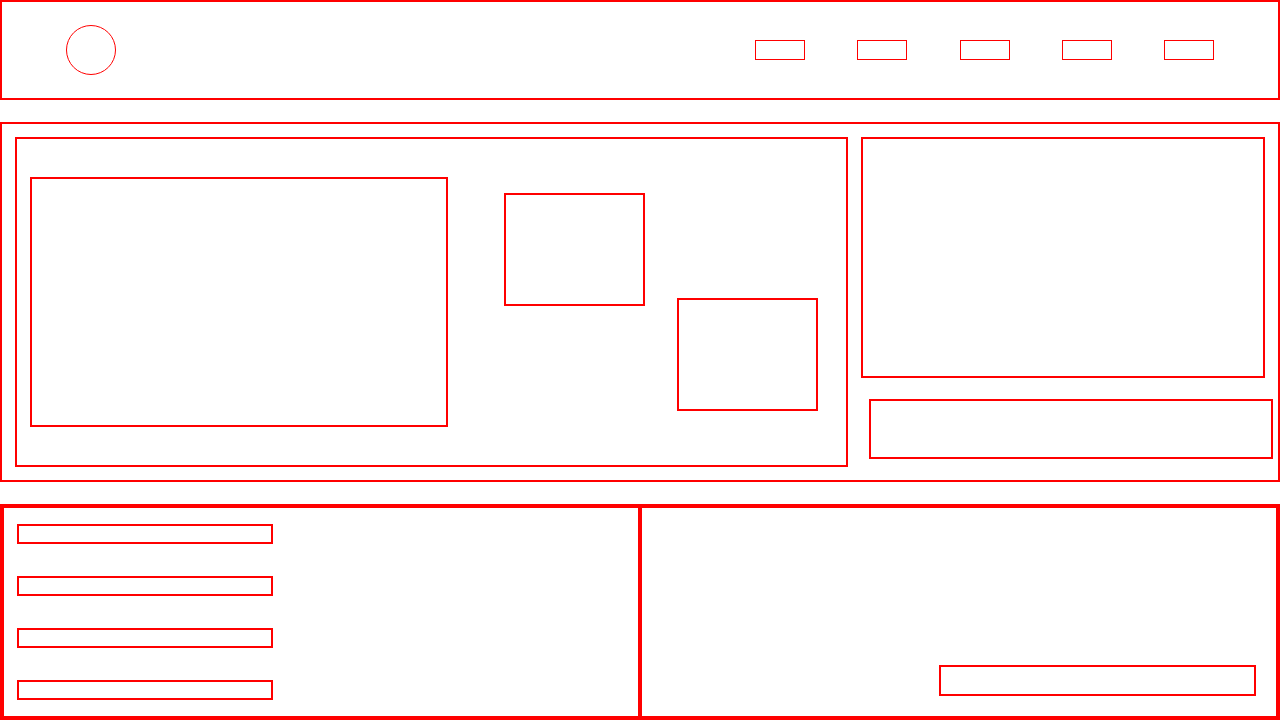
Repository: archangel88/elbrus_homework
Page: phase-0/week-3/day-4/flexbox/index.html
The author's editor kept a copy of each file at every save. The page is drawn from the files as they stood at one save, then again after the next save.
The browser window is 1280 px wide. The pictures show the whole page.

Above is the page before, as saved 2025-10-10 01:15:20.

### phase-0/week-3/day-4/flexbox/index.html
<!DOCTYPE html>
<html lang="en">
<head>
    <meta charset="UTF-8">
    <link rel="stylesheet" href="./css/styles.css">
    <title>Flexbox</title>
</head>
<body>
    <div class="flex-container">
        <header>
            <div class="header">
                <div class="logo"></div>
                <nav class="menu">
                    <div class="item1"></div>
                    <div class="item2"></div>
                    <div class="item3"></div>
                    <div class="item4"></div>
                    <div class="item5"></div>
                </nav>
            </div>
        </header>
        <main class="content">
            <div class="left block">
                <div class="block1 block"></div>
                <div class="block2 block"></div>
                <div class="block3 block"></div>
            </div>
            <div class="right">
                <div class="block1 block"></div>
                <div class="block2 block"></div>
            </div>
        </main>
        <footer class="footer">
            <div class="left block">
                <div class="block1 block"></div>
                <div class="block2 block"></div>
                <div class="block3 block"></div>
                <div class="block4 block"></div>
            </div>
            <div class="right block">
                <div class="block1 block"></div>
            </div>
        </footer>
    </div>
</body>
</html>

### phase-0/week-3/day-4/flexbox/css/styles.css
* {
    margin: 0;
    padding: 0;
    box-sizing: border-box;
}

.flex-container {
    width: 100vw;
    height: 100vh;

    display: flex;
    flex-direction: column;
    justify-content: space-between;
}

header {
    width: 100%;
    height: 100px;
    border: 2px solid rgb(255, 0, 0);

    display: flex;
    justify-content: center;
    align-items: center;
}

.header {
    display: flex;
    align-items: center;
    justify-content: space-between;

    width: 90%;
    height: 80%;
}

.logo {
    width: 50px;
    height: 50px;
    border-radius: 50%;
    border: 1px solid red;
}

.menu {
    display: flex;
    justify-content: space-between;
    width: 40%;
}

.menu > div {
    width: 50px;
    height: 20px;
    border: 1px solid rgb(255, 0, 0);
}

.content{
    display: flex;
    border: 2px solid rgb(255, 0, 0);
    height: 50vh;
}

.content .block{
    border: 2px solid red;
}

.content .left{
    width: 66.6%;
    display: flex;
    padding: 3% 1%;
    margin: 1%;
}

.content .right{
    width: 33.3%;
    display: flex;
    flex-direction: column;
    padding: 1% 1% 1% 0;
}

.content .left .block1{
    height: 100%;
    display: flex;
    width: 100%;
    margin-right: 5%;
}

.content .left .block2, .content .left .block3{
    height: 45%;
    width: 33.3%;
}

.content .left .block3{
    align-self: flex-end;
}

.content .right .block1{
    height: 80%;
    width: 100%;
}

.content .right .block2{
    height: 20%;
    width: 100%;
    margin-top: 5%;
}

.block{
    border: 2px solid rgb(255, 0, 0);
}

.footer{
    display: flex;
    border: 2px solid red;
    height: 30%;

}

.footer .block{
    border: 2px solid red;
}

.footer .left{
    width: 50%;
    height: 100%;
    display: flex;
    flex-direction: column;
    justify-content: space-around;
}

.footer .right{
    width: 50%;
    height: 100%;
    display: flex;
    align-items: flex-end;
    justify-content: flex-end;
}

.footer .left .block1,.block2,.block3,.block4{
    height: 10%;
    width: 20vw;
    margin: 2%;
}

.footer .right .block{
    height: 15%;
    width: 50%;
    margin: 20px;
}

After the next save:
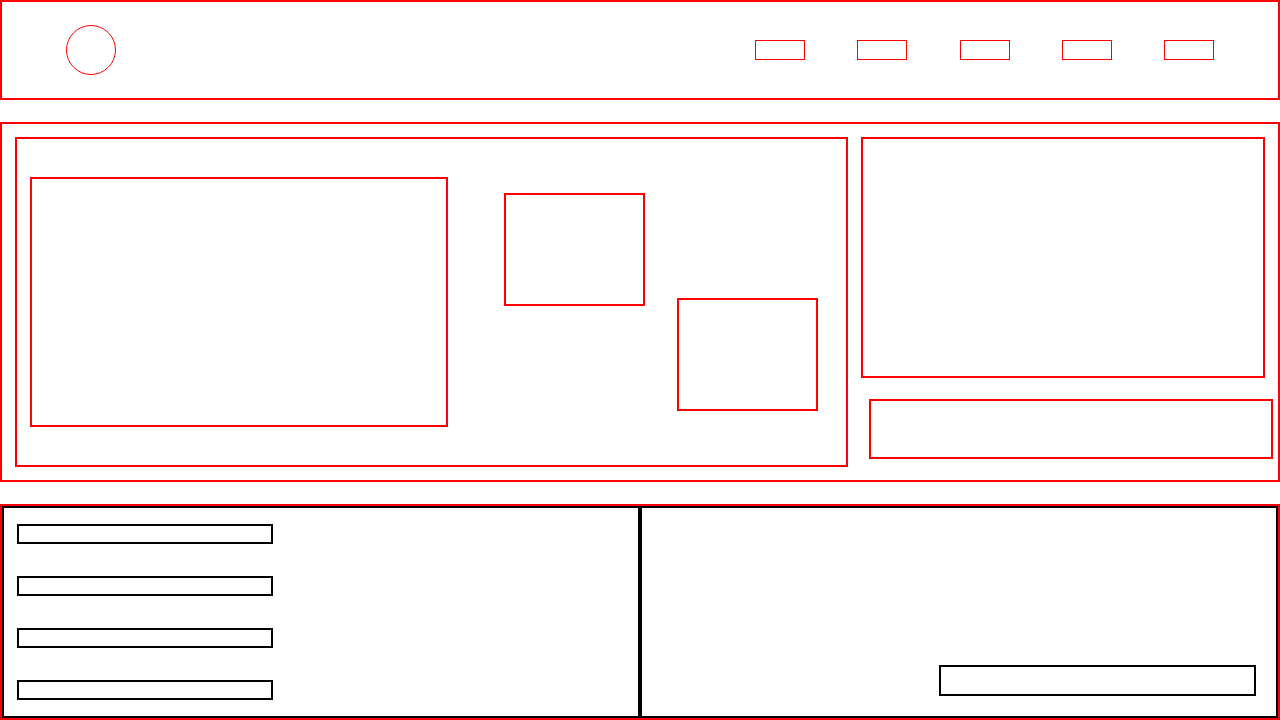
Saved 7 min 47 s later.
--- a/phase-0/week-3/day-4/flexbox/css/styles.css
+++ b/phase-0/week-3/day-4/flexbox/css/styles.css
@@ -114,7 +114,7 @@
 }
 
 .footer .block{
-    border: 2px solid red;
+    border: 2px solid rgb(0, 0, 0);
 }
 
 .footer .left{

After the save that followed:
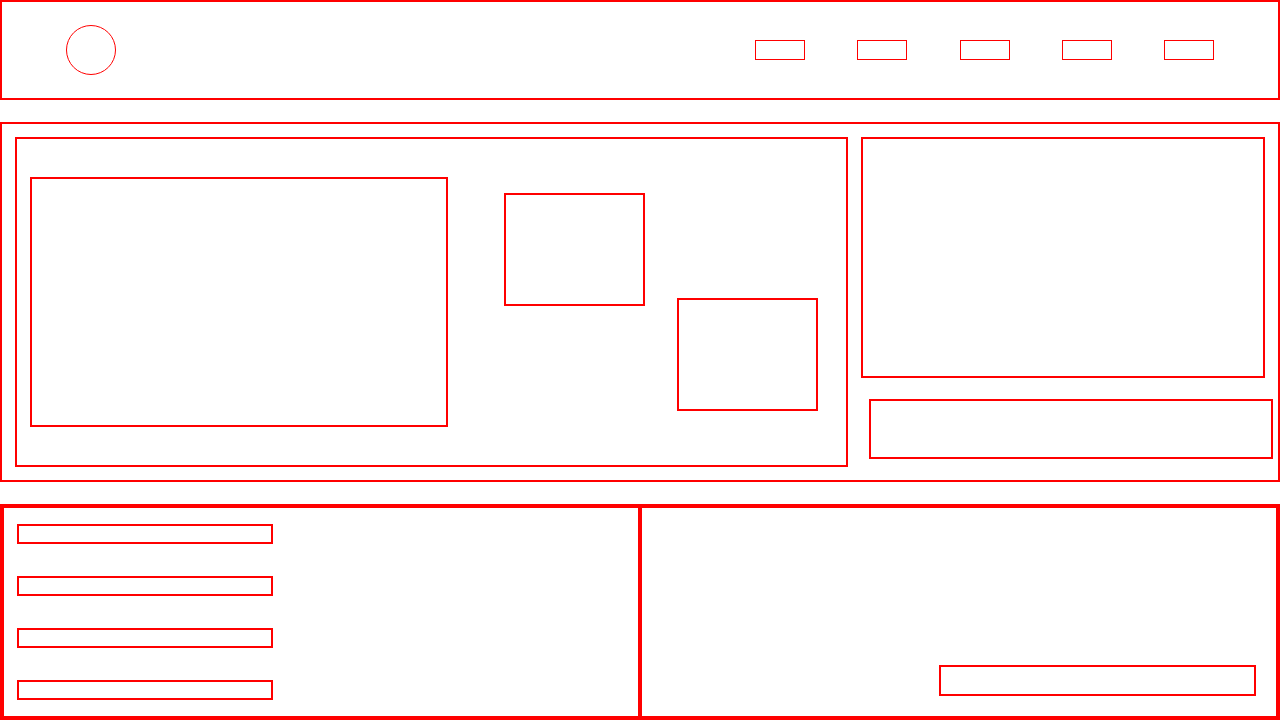
Saved 14 s later.
--- a/phase-0/week-3/day-4/flexbox/css/styles.css
+++ b/phase-0/week-3/day-4/flexbox/css/styles.css
@@ -114,7 +114,7 @@
 }
 
 .footer .block{
-    border: 2px solid rgb(0, 0, 0);
+    /* border: 2px solid rgb(0, 0, 0); */
 }
 
 .footer .left{
